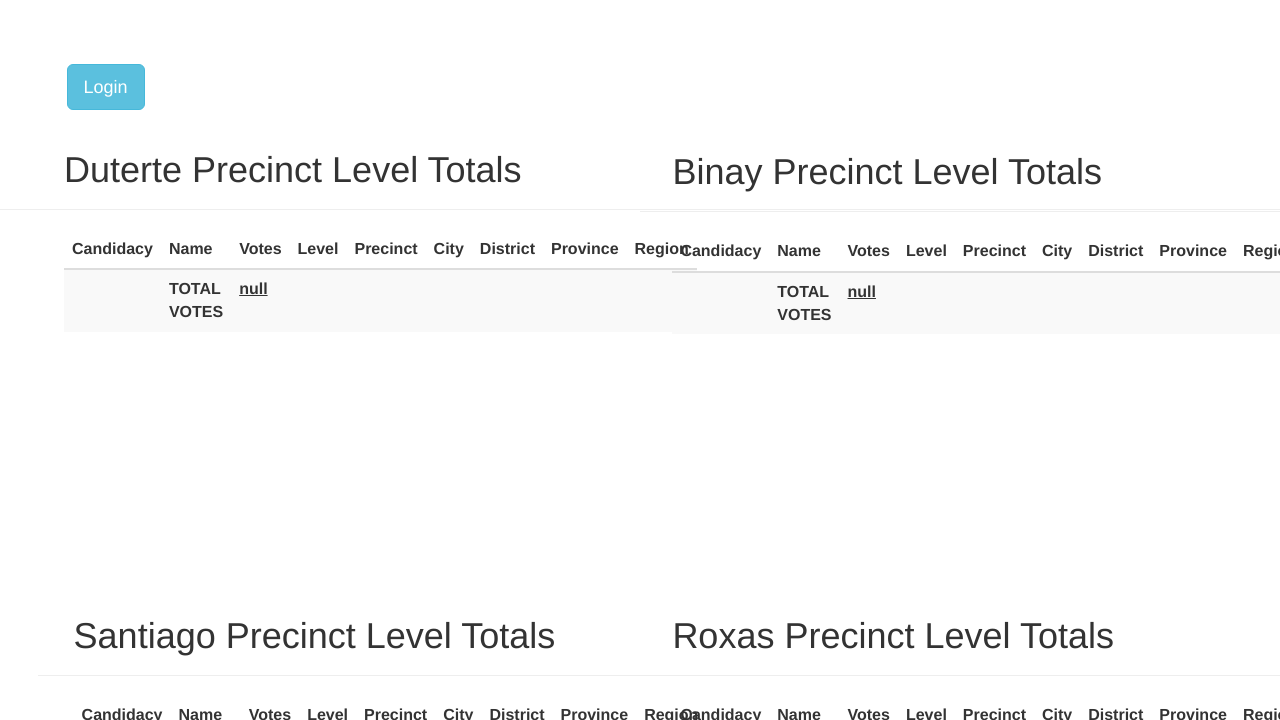
Repository: acbalutan/softdev-cencas-team_apink
Page: http://localhost/AES/index.jsp
These files come from the project's save history. The page is drawn as it stood at one moment and after the next save; the edit follows.
The browser window is 1280 px wide. The pictures show the whole page.
The page is served by Tomcat 9. Other server files are loaded and not shown. Queries for data that is not in the repository find no rows.

Above is the page before, as saved 2016-02-26 11:20:41.
Console error (its wording comes from the project's code and is left out).

### workspace/AES/WebContent/index.jsp
<html>
<head>
	<link rel="stylesheet" href="bootstrap/bootstrap.min.css">
	<script type="text/javascript" src="bootstrap/js/bootstrap.min.js"></script>
</head>
<body>

<form action="login.jsp" style="padding-left: 5.2%;padding-top: 5%;">
    <button type="submit" class="btn btn-lg btn-info">Login</button>
</form>


<%@ page import="java.sql.*" %>
<%@ page import="bean.Provider" %>
<%@ page import="bean.PileBean" %>
<%@ page import="bean.Counter" %>

<%

Class.forName("org.sqlite.JDBC");
Connection conn = DriverManager.getConnection("jdbc:sqlite:D:/Eclipse/db/aes.db");
Statement stat = conn.createStatement();

%>
<div class="page-header" style="padding-left: 5%;">
	<h1>Duterte Precinct Level Totals</h1>
</div>

<div class="col-md-6" style="padding-left: 5%;">
	<table class="table table-striped">
    	<thead>
              <tr>
                <th>Candidacy</th>
                <th>Name</th>
                <th>Votes</th>
                <th>Level</th>
                <th>Precinct</th>
                <th>City</th>
                <th>District</th>
                <th>Province</th>
                <th>Region</th>
              </tr>
		</thead>
		<tbody>
			<%
			ResultSet duterte = stat.executeQuery("SELECT * FROM tapat WHERE name='Rodrigo Duterte';");
			while (duterte.next()) {
			    %>
			    	<tr>
			    		<td><%= duterte.getString("candidacy") %></td>
			    		<td><%= duterte.getString("name") %></td>
			    		<td><%= duterte.getString("vote") %></td>
			    		<td><%= duterte.getString("level") %></td>
			    		<td><%= duterte.getString("precinct") %></td>
			    		<td><%= duterte.getString("city") %></td>
			    		<td><%= duterte.getString("district") %></td>
			    		<td><%= duterte.getString("province") %></td>
			    		<td><%= duterte.getString("region") %></td>
			    	</tr>
			    <%
			}
			duterte.close();

			ResultSet totalduterte = stat.executeQuery("SELECT SUM(vote) as 'TOTALVOTES' FROM tapat WHERE name='Rodrigo Duterte';");
			%>
				<tr>
					<td></td>
					<td><strong>TOTAL VOTES</strong></td>
					<td style="text-decoration: underline;"><strong> <%= totalduterte.getString("TOTALVOTES") %> </strong></td>
					<td></td>
					<td></td>
					<td></td>
					<td></td>
					<td></td>
					<td></td>
				</tr>
			<% totalduterte.close(); %>
    	</tbody>
	</table>
</div>

<div style="position: absolute; top: 15.6%; left: 50%;">
	<div class="page-header" style="padding-left: 5%;">
		<h1>Binay Precinct Level Totals</h1>
	</div>

	<div class="col-md-6" style="padding-left: 5%;">
		<table class="table table-striped">
	    	<thead>
	              <tr>
	                <th>Candidacy</th>
	                <th>Name</th>
	                <th>Votes</th>
	                <th>Level</th>
	                <th>Precinct</th>
	                <th>City</th>
	                <th>District</th>
	                <th>Province</th>
	                <th>Region</th>
	              </tr>
			</thead>
			<tbody>
				<%
				ResultSet binay = stat.executeQuery("SELECT * FROM tapat WHERE name='Jejomar Binay';");
				while (binay.next()) {
				    %>
				    	<tr>
				    		<td><%= binay.getString("candidacy") %></td>
				    		<td><%= binay.getString("name") %></td>
				    		<td><%= binay.getString("vote") %></td>
				    		<td><%= binay.getString("level") %></td>
				    		<td><%= binay.getString("precinct") %></td>
				    		<td><%= binay.getString("city") %></td>
				    		<td><%= binay.getString("district") %></td>
				    		<td><%= binay.getString("province") %></td>
				    		<td><%= binay.getString("region") %></td>
				    	</tr>
				    <%
				}
				binay.close();

				ResultSet totalbinay = stat.executeQuery("SELECT SUM(vote) as 'TOTALVOTES' FROM tapat WHERE name='Jejomar Binay';");
				%>
					<tr>
						<td></td>
						<td><strong>TOTAL VOTES</strong></td>
						<td style="text-decoration: underline;"><strong> <%= totalbinay.getString("TOTALVOTES") %> </strong></td>
						<td></td>
						<td></td>
						<td></td>
						<td></td>
						<td></td>
						<td></td>
					</tr>
				<% totalbinay.close(); %>
	    	</tbody>
		</table>
	</div>
</div>

<div style="position: absolute; top: 80%; left: 3%;">
	<div class="page-header" style="padding-left: 5%;">
		<h1>Santiago Precinct Level Totals</h1>
	</div>

	<div class="col-md-6" style="padding-left: 5%;">
		<table class="table table-striped">
	    	<thead>
	              <tr>
	                <th>Candidacy</th>
	                <th>Name</th>
	                <th>Votes</th>
	                <th>Level</th>
	                <th>Precinct</th>
	                <th>City</th>
	                <th>District</th>
	                <th>Province</th>
	                <th>Region</th>
	              </tr>
			</thead>
			<tbody>
				<%
				ResultSet santiago = stat.executeQuery("SELECT * FROM tapat WHERE name='Miriam Santiago';");
				while (binay.next()) {
				    %>
				    	<tr>
				    		<td><%= santiago.getString("candidacy") %></td>
				    		<td><%= santiago.getString("name") %></td>
				    		<td><%= santiago.getString("vote") %></td>
				    		<td><%= santiago.getString("level") %></td>
				    		<td><%= santiago.getString("precinct") %></td>
				    		<td><%= santiago.getString("city") %></td>
				    		<td><%= santiago.getString("district") %></td>
				    		<td><%= santiago.getString("province") %></td>
				    		<td><%= santiago.getString("region") %></td>
				    	</tr>
				    <%
				}
				santiago.close();

				ResultSet totalsantiago = stat.executeQuery("SELECT SUM(vote) as 'TOTALVOTES' FROM tapat WHERE name='Miriam Santiago';");
				%>
					<tr>
						<td></td>
						<td><strong>TOTAL VOTES</strong></td>
						<td style="text-decoration: underline;"><strong> <%= totalsantiago.getString("TOTALVOTES") %> </strong></td>
						<td></td>
						<td></td>
						<td></td>
						<td></td>
						<td></td>
						<td></td>
					</tr>
				<% totalsantiago.close(); %>
	    	</tbody>
		</table>
	</div>
</div>

<div style="position: absolute; top: 80%; left: 50%;">
	<div class="page-header" style="padding-left: 5%;">
		<h1>Roxas Precinct Level Totals</h1>
	</div>

	<div class="col-md-6" style="padding-left: 5%;">
		<table class="table table-striped">
	    	<thead>
	              <tr>
	                <th>Candidacy</th>
	                <th>Name</th>
	                <th>Votes</th>
	                <th>Level</th>
	                <th>Precinct</th>
	                <th>City</th>
	                <th>District</th>
	                <th>Province</th>
	                <th>Region</th>
	              </tr>
			</thead>
			<tbody>
				<%
				ResultSet roxas = stat.executeQuery("SELECT * FROM tapat WHERE name='Mar Roxas';");
				while (roxas.next()) {
				    %>
				    	<tr>
				    		<td><%= roxas.getString("candidacy") %></td>
				    		<td><%= roxas.getString("name") %></td>
				    		<td><%= roxas.getString("vote") %></td>
				    		<td><%= roxas.getString("level") %></td>
				    		<td><%= roxas.getString("precinct") %></td>
				    		<td><%= roxas.getString("city") %></td>
				    		<td><%= roxas.getString("district") %></td>
				    		<td><%= roxas.getString("province") %></td>
				    		<td><%= roxas.getString("region") %></td>
				    	</tr>
				    <%
				}
				roxas.close();

				ResultSet totalroxas = stat.executeQuery("SELECT SUM(vote) as 'TOTALVOTES' FROM tapat WHERE name='Mar Roxas';");
				%>
					<tr>
						<td></td>
						<td><strong>TOTAL VOTES</strong></td>
						<td style="text-decoration: underline;"><strong> <%= totalroxas.getString("TOTALVOTES") %> </strong></td>
						<td></td>
						<td></td>
						<td></td>
						<td></td>
						<td></td>
						<td></td>
					</tr>
				<% totalroxas.close(); %>
	    	</tbody>
		</table>
	</div>
</div>

<div style="position: absolute; top: 150%; left: 50%;">
	<div class="page-header" style="padding-left: 5%;">
		<h1>Seneres Precinct Level Totals</h1>
	</div>

	<div class="col-md-6" style="padding-left: 5%;">
		<table class="table table-striped">
	    	<thead>
	              <tr>
	                <th>Candidacy</th>
	                <th>Name</th>
	                <th>Votes</th>
	                <th>Level</th>
	                <th>Precinct</th>
	                <th>City</th>
	                <th>District</th>
	                <th>Province</th>
	                <th>Region</th>
	              </tr>
			</thead>
			<tbody>
				<%
				ResultSet seneres = stat.executeQuery("SELECT * FROM tapat WHERE name='Roy Seneres';");
				while (seneres.next()) {
				    %>
				    	<tr>
				    		<td><%= seneres.getString("candidacy") %></td>
				    		<td><%= seneres.getString("name") %></td>
				    		<td><%= seneres.getString("vote") %></td>
				    		<td><%= seneres.getString("level") %></td>
				    		<td><%= seneres.getString("precinct") %></td>
				    		<td><%= seneres.getString("city") %></td>
				    		<td><%= seneres.getString("district") %></td>
				    		<td><%= seneres.getString("province") %></td>
				    		<td><%= seneres.getString("region") %></td>
				    	</tr>
				    <%
				}
				seneres.close();

				ResultSet totalseneres = stat.executeQuery("SELECT SUM(vote) as 'TOTALVOTES' FROM tapat WHERE name='Roy Seneres';");
				%>
					<tr>
						<td></td>
						<td><strong>TOTAL VOTES</strong></td>
						<td style="text-decoration: underline;"><strong> <%= totalseneres.getString("TOTALVOTES") %> </strong></td>
						<td></td>
						<td></td>
						<td></td>
						<td></td>
						<td></td>
						<td></td>
					</tr>
				<% totalseneres.close(); %>
	    	</tbody>
		</table>
	</div>
</div>
<%	stat.close();
	conn.close();	%>

</body>
</html>

Loaded but not shown: workspace/AES/WebContent/bootstrap/bootstrap.min.css (library); workspace/AES/WebContent/bootstrap/bootstrap.min.js (library)

After the next save:
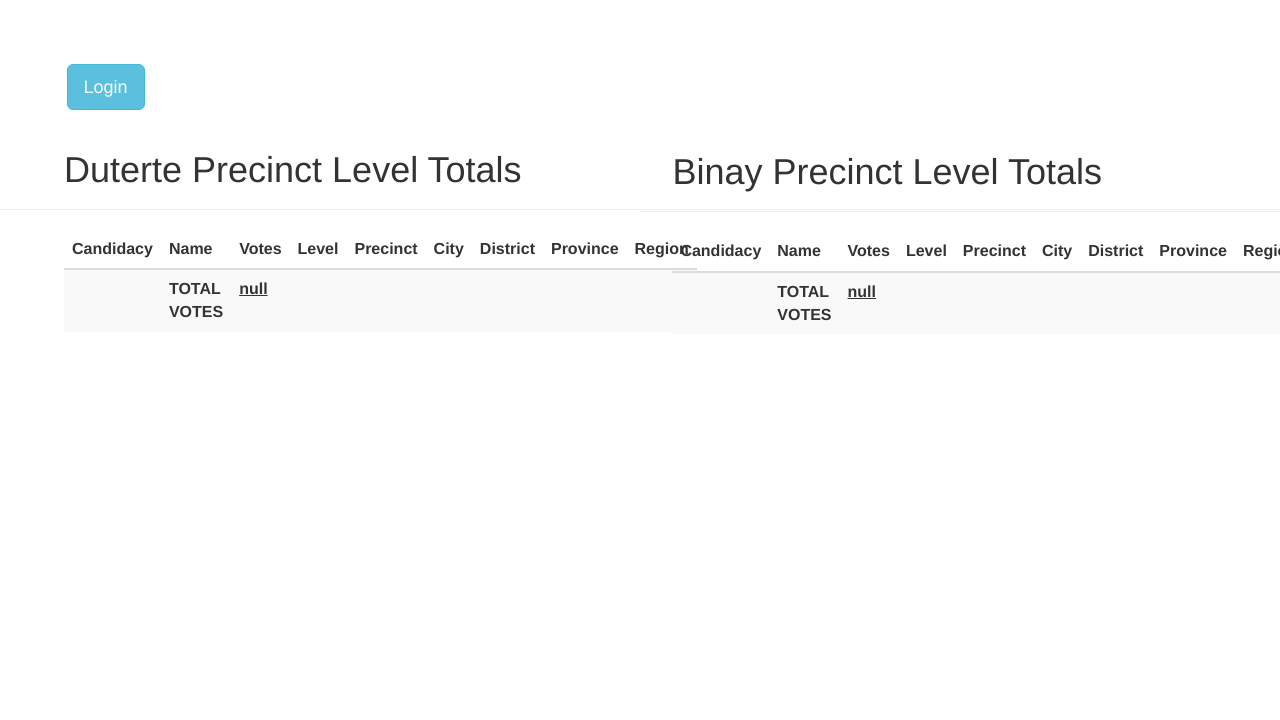
Saved 53 s later.
--- a/workspace/AES/WebContent/index.jsp
+++ b/workspace/AES/WebContent/index.jsp
@@ -138,7 +138,7 @@
 	</div>
 </div>
 
-<div style="position: absolute; top: 80%; left: 3%;">
+<div style="position: absolute; top: 100%; left: 3%;">
 	<div class="page-header" style="padding-left: 5%;">
 		<h1>Santiago Precinct Level Totals</h1>
 	</div>
@@ -197,7 +197,7 @@
 	</div>
 </div>
 
-<div style="position: absolute; top: 80%; left: 50%;">
+<div style="position: absolute; top: 100%; left: 50%;">
 	<div class="page-header" style="padding-left: 5%;">
 		<h1>Roxas Precinct Level Totals</h1>
 	</div>
